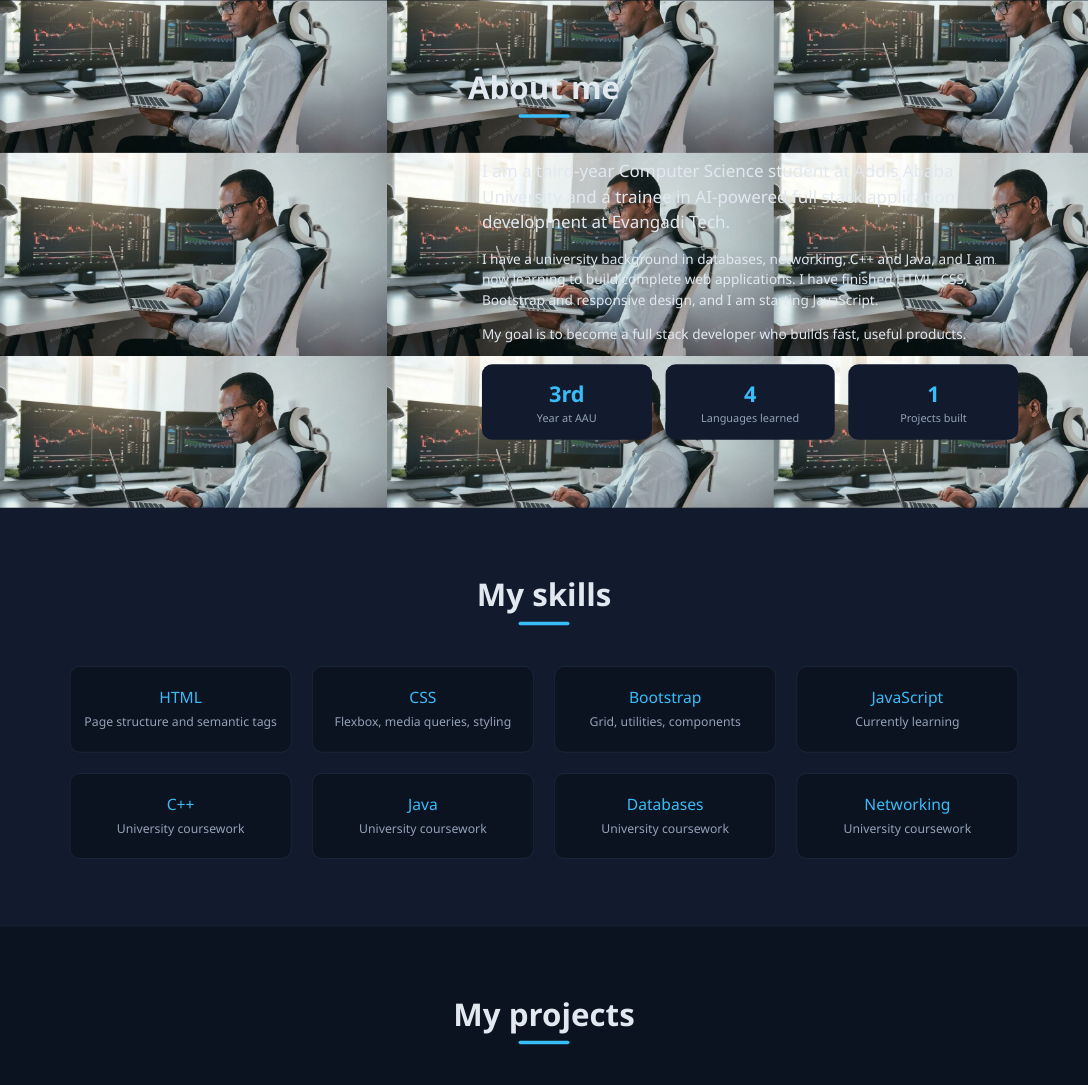
Repository: lawgaw-sefineh/MyPortfolioWebsite
Page: index.html
The author's editor kept a copy of each file at every save. The page is drawn from the files as they stood at one save, then again after a run of saves.
The browser window is 1280 px wide. The pictures show the part of the page from y = 744 to 2021 px (the page is 2872 px tall), at 85% of full size.
Pictures or frames that could not be fetched are drawn as grey boxes.

Above is the page before, as saved 2026-10-06 03:39:34.

After the next 5 saves:
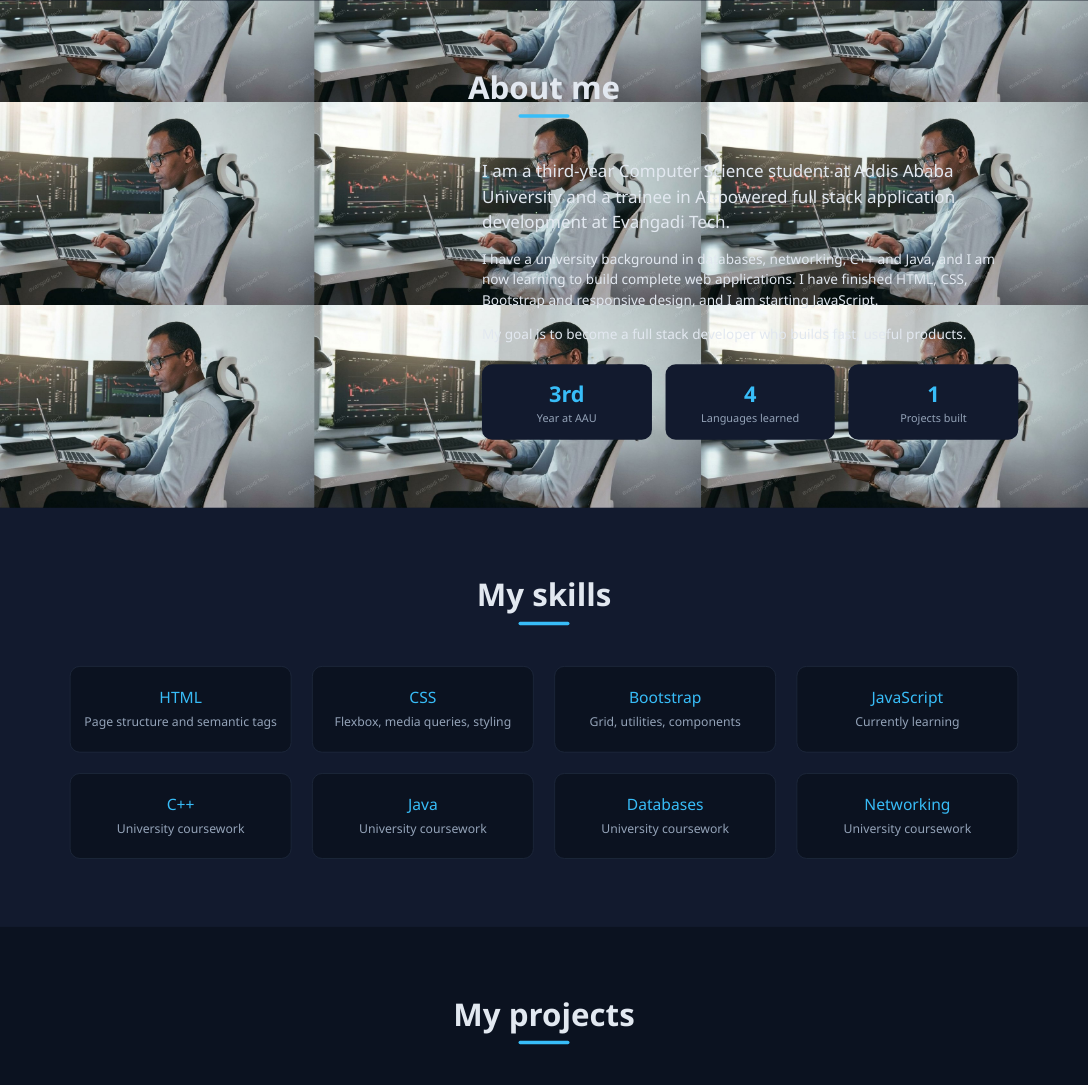
The 5 saves are shown as one change because they came seconds apart.
The last was saved 16 s later.
--- a/css/style.css
+++ b/css/style.css
@@ -59,7 +59,7 @@
  #about{
   background-image: url("../images/share-image (1).jpg");
   background-size:auto 40%;
-  background-position:  0;
+  background-position: right bottom 0;
  }
 .hero-photo {
   width: 130px;
